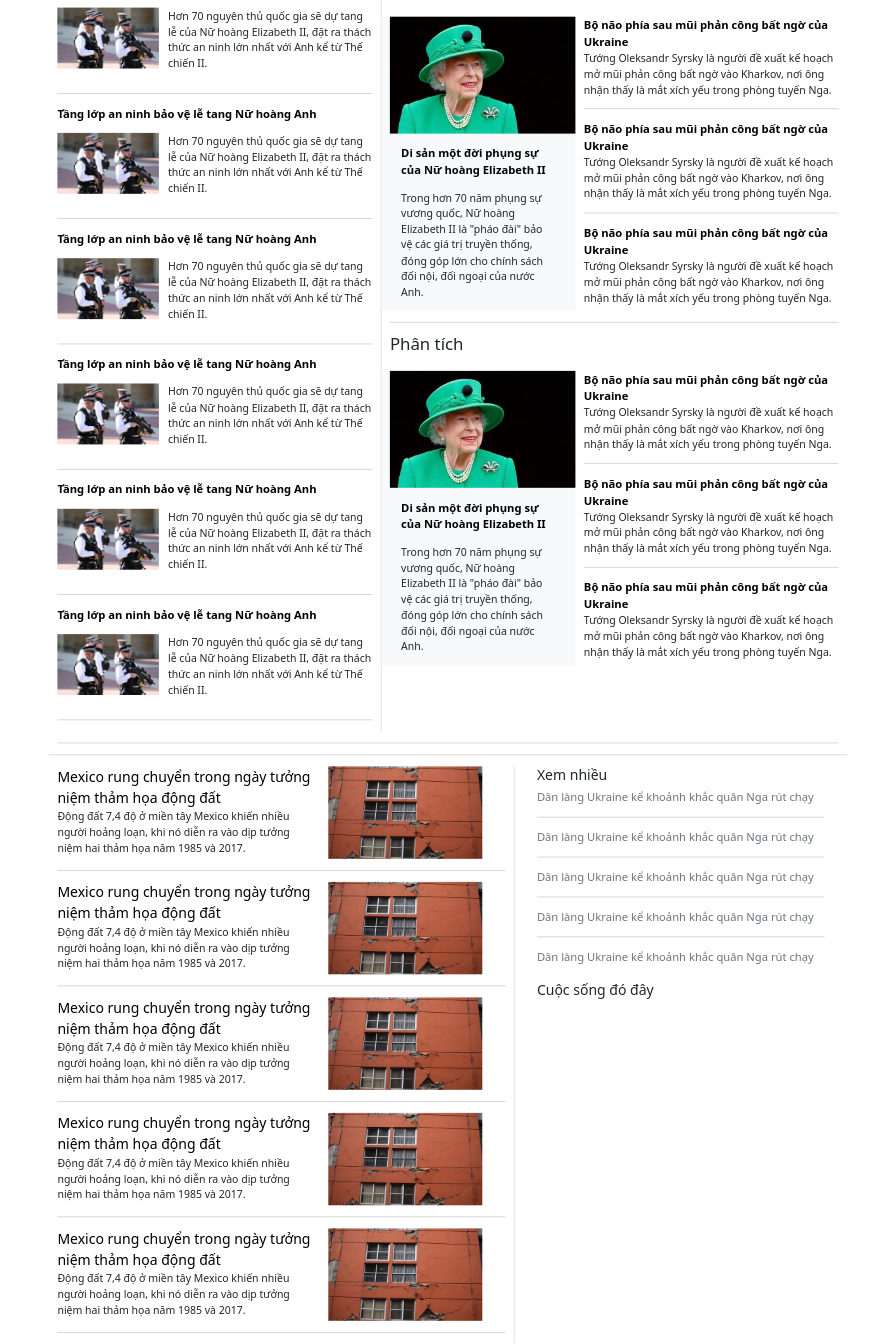
Repository: trongtamdev/lession1_html_sleepcloud
Page: vnExpress.html
An editor plug-in stored every save of this project. The page is shown before and after a run of saves, followed by the edit.
The browser window is 1280 px wide. The pictures show the part of the page from y = 707 to 2627 px (the page is 2627 px tall), at 70% of full size.

Above is the page before, as saved 2022-09-20 15:33:21.

After the next 5 saves:
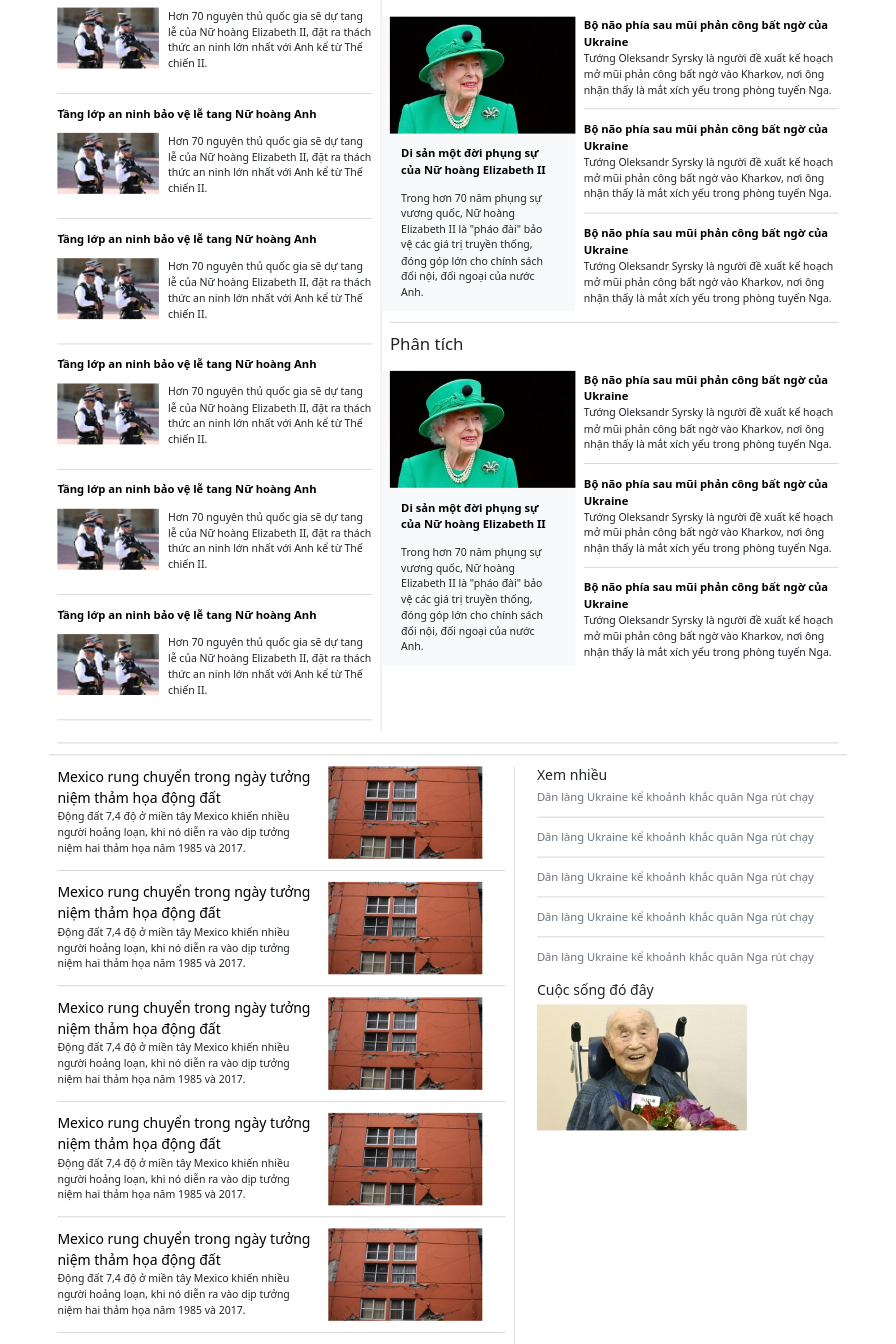
The 5 saves are shown as one change because they came seconds apart.
The last was saved 14 s later.
--- a/vnExpress.html
+++ b/vnExpress.html
@@ -496,7 +496,7 @@
             <div class="mt-3">
               <h5>Cuộc sống đó đây</h5>
               <div class="">
-
+                <img src="./assets/vnEpressImage/side-content-medium.jpg" />
               </div>
             </div>
           </div>
